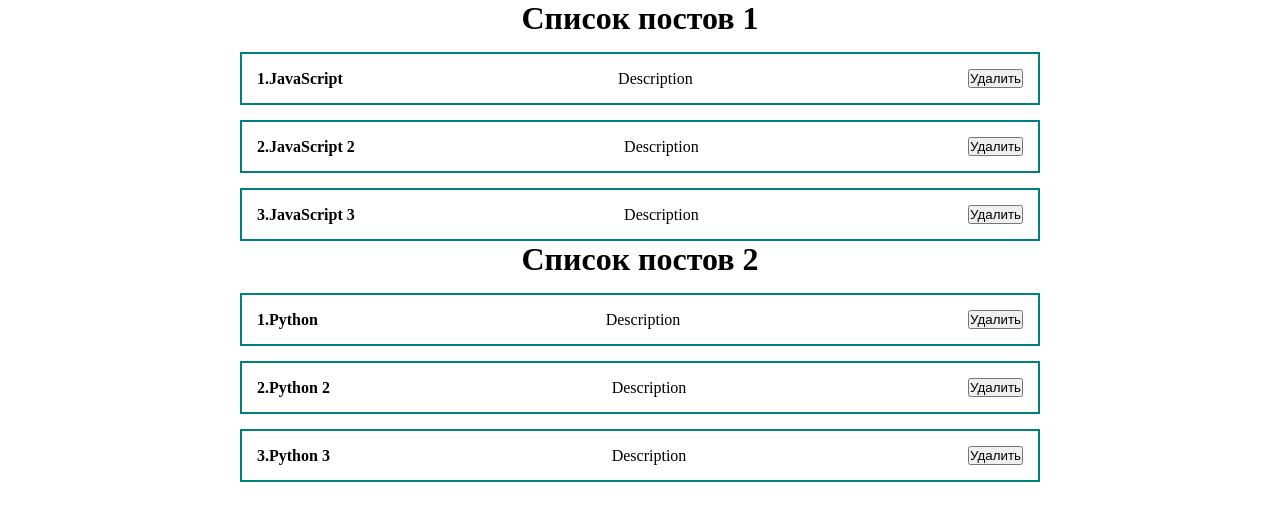
Repository: otvertka/ulb2_react
Page: / (app in jk_project/)
These files come from the project's save history. The page is drawn as it stood at one moment and after the next save; the edit follows.
The browser window is 1280 px wide. The pictures show the whole page.
The project was rebuilt for these pictures with package versions that can differ from the ones it lists, and the page was loaded fresh each time. Also part of the build but not shown: jk_project/src/component/Counter.jsx, jk_project/src/component/ClassCounter.jsx.

Above is the page before, as saved 2023-09-08 11:46:05.

After the next save:
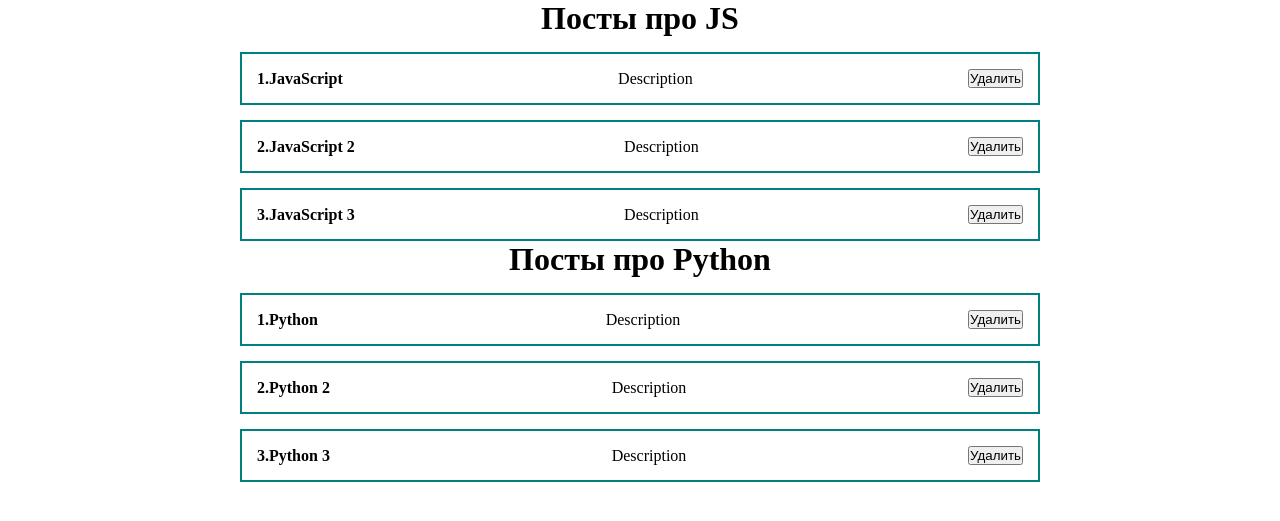
Saved 46 s later.
--- a/jk_project/src/App.js
+++ b/jk_project/src/App.js
@@ -19,8 +19,8 @@ function App() {
 
   return (
     <div className="App">
-      <PostList posts={posts} title="Список постов 1" />
-      <PostList posts={posts2} title="Список постов 2" />
+      <PostList posts={posts} title="Посты про JS" />
+      <PostList posts={posts2} title="Посты про Python" />
     </div>
   );
 }
